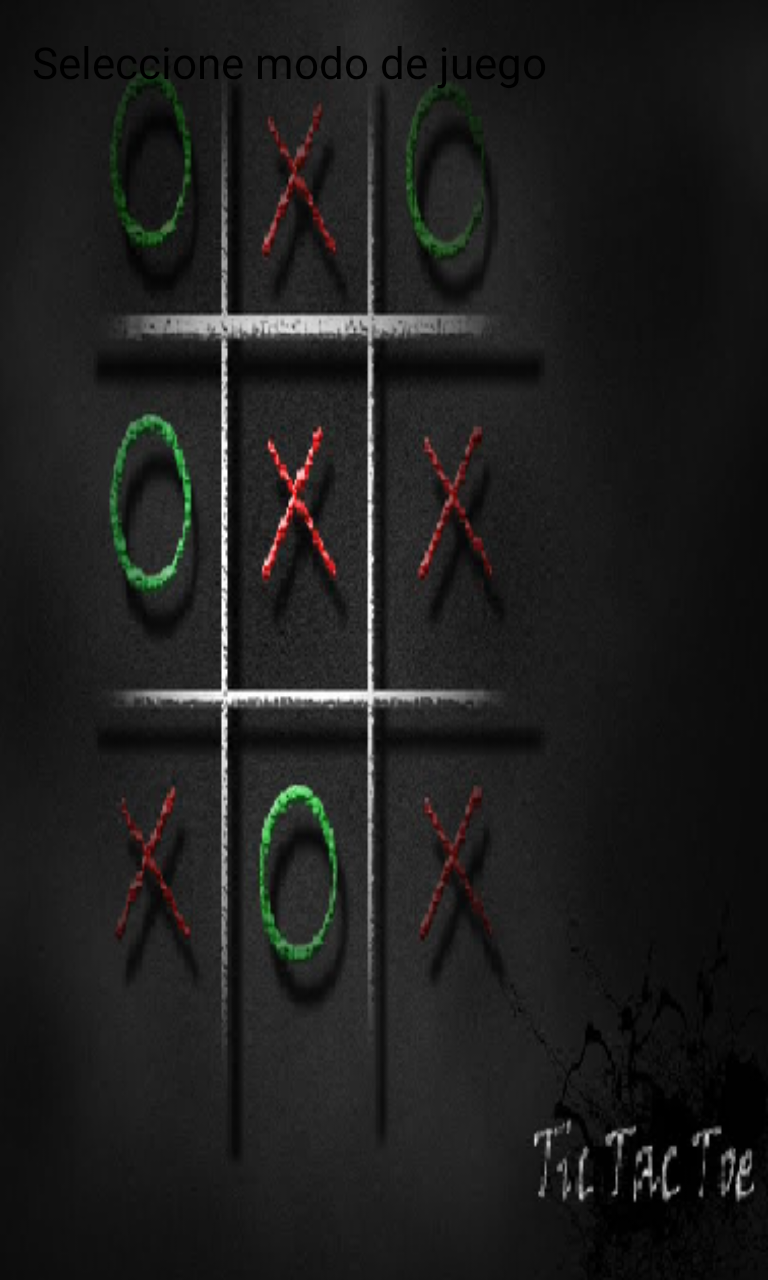
Repository: ivan-yc/miProyecto
Layout: TresEnRaya/res/layout/activity_main.xml
An editor plug-in stored every save of this project. The layout is shown before and after the next save, followed by the edit.
It is drawn on a 768 x 1280 px phone screen (xhdpi) without system bars, with theme AppTheme; the app's code is not run.

Above is the layout before, as saved 2013-05-16 19:45:50.

### TresEnRaya/res/layout/activity_main.xml
<RelativeLayout xmlns:android="http://schemas.android.com/apk/res/android"
    xmlns:tools="http://schemas.android.com/tools"
    android:layout_width="match_parent"
    android:layout_height="match_parent"
    android:paddingBottom="@dimen/activity_vertical_margin"
    android:paddingLeft="@dimen/activity_horizontal_margin"
    android:paddingRight="@dimen/activity_horizontal_margin"
    android:paddingTop="@dimen/activity_vertical_margin"
    android:background="@drawable/BGttt"
    tools:context=".MainActivity" >

    <TextView
        android:id="@+id/textView1"
        android:layout_width="wrap_content"
        android:layout_height="wrap_content"
        android:layout_alignParentLeft="true"
        android:layout_alignParentTop="true"
        android:text="Seleccione modo de juego"
        android:textAppearance="?android:attr/textAppearanceLarge" />

</RelativeLayout>

Loaded but not shown: TresEnRaya/res/values/styles.xml (common file); TresEnRaya/res/values-v11/styles.xml (common file); TresEnRaya/res/values-v14/styles.xml (common file); TresEnRaya/res/values/dimens.xml (common file)

After the next save:
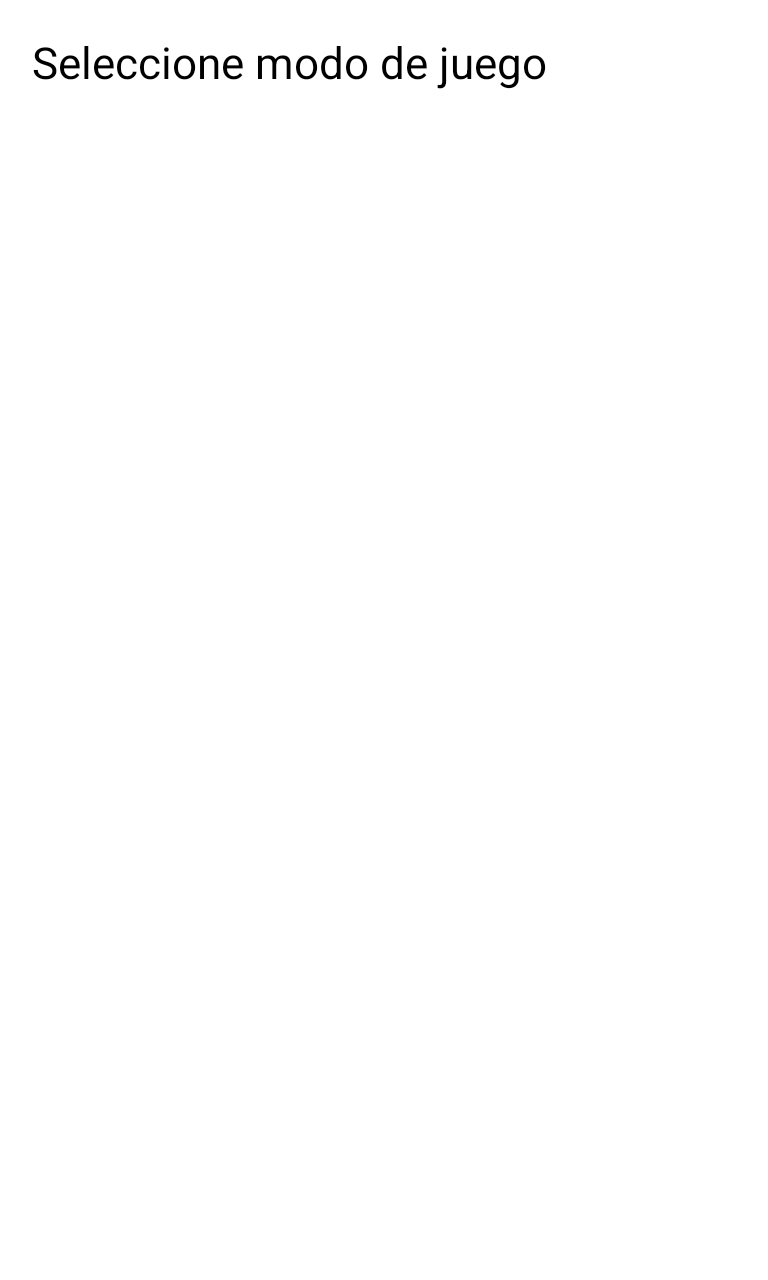
Saved 17 s later.
--- a/TresEnRaya/res/layout/activity_main.xml
+++ b/TresEnRaya/res/layout/activity_main.xml
@@ -6,7 +6,7 @@
     android:paddingLeft="@dimen/activity_horizontal_margin"
     android:paddingRight="@dimen/activity_horizontal_margin"
     android:paddingTop="@dimen/activity_vertical_margin"
-    android:background="@drawable/BGttt"
+
     tools:context=".MainActivity" >
 
     <TextView
